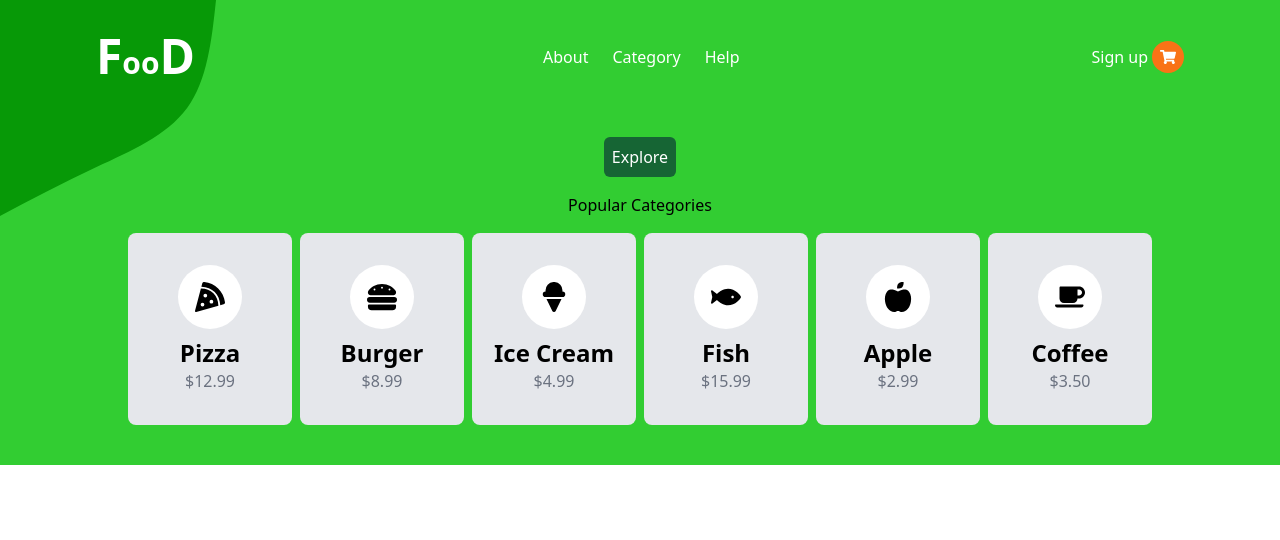
Repository: KhushiCode14/FoodWeb
Page: /category (app in frontend/)
These files come from the project's save history. The page is drawn as it stood at one moment and after the next save; the edit follows.
The browser window is 1280 px wide. The pictures show the whole page.
The project was rebuilt for these pictures with package versions that can differ from the ones it lists, and the page was loaded fresh each time. Also part of the build but not shown: frontend/src/Pages/Home.tsx, frontend/src/components/Home/SignUp.tsx, frontend/src/components/Home/SignIn.tsx, frontend/src/components/Home/Cart.tsx.

Above is the page before, as saved 2024-09-24 12:22:23.

### frontend/src/index.css
@tailwind base;
@tailwind components;
@tailwind utilities;

.bgBack{
  background-image: url(../src/components/images/background.svg);
}
.bgSignUp{
  background-image:url(../src/components/images/signUpBg.jpeg);
}
.SignUpShadow{
  box-shadow: rgba(0, 0, 0, 0.24) 0px 3px 8px;
}

### frontend/src/App.tsx
import { Route, BrowserRouter as Router, Routes, } from 'react-router-dom';
import './App.css';
import Navbar from './Pages/Navbar';
import Home from './Pages/Home';
import SignUp from './components/Home/SignUp';
import SignIn from './components/Home/SignIn';
import Cart from './components/Home/Cart';
import Category from './components/categories/Category';

function App() {
  return (
    <div className="App bgBack m-0 px-20 pt-2 max-sm:px-3 max-sm:pt-1">
      <Router>
        <Navbar />
        <Routes>
          <Route path="/" element={<Home />} />
          <Route path="/signUp" element={<SignUp />} />
          {/* Sign Up: This action is for new users who want to create an account. */}
          <Route path="/signIn" element={<SignIn />} />
          {/* Sign In: This action is for users who already have an account */}
          <Route path="/cart" element={<Cart />} />
         <Route  path="/category" element={<Category/>} />
          {/*<Route  path="/contact" element={Contact} /> */}
        </Routes>

      </Router>

    </div>
  );
}

export default App;

### frontend/src/Pages/Navbar.tsx
import { NavLink, Link } from "react-router-dom";
import { FaShoppingCart, FaCartPlus } from "react-icons/fa";
import { useState } from "react";
import { IoReorderThreeOutline } from "react-icons/io5";

interface Nav {
  to: string;
  linkName: string;
}

const Navbar: React.FC = () => {
  const [sign, setSign] = useState<string>('Sign up');
  const [menu, setMenu] = useState<boolean>(false);
  const [cart, setCart] = useState<JSX.Element>(<FaShoppingCart />);

  const navLinks: Nav[] = [
    { to: "/about", linkName: "About" },
    { to: "/category", linkName: "Category" },
    { to: "/help", linkName: "Help" },
  ];

  const handleSignToggle = () => {
    setSign((prev) => (prev === 'Sign up' ? 'Sign in' : 'Sign up'));
  };

  const handleCartToggle = () => {
    setCart((prevCart) =>
      prevCart.type === FaShoppingCart ? <FaCartPlus /> : <FaShoppingCart />
    );
  };

  return (
    <div className="mt-2 flex justify-between items-center text-white  p-4">
      <div className="font-bold text-3xl">
        <Link to="/">
          <span className="text-5xl">F</span>oo<span className="text-5xl">D</span>
        </Link>
      </div>

      {/* Desktop Menu */}
      <div className="hidden md:flex">
        {navLinks.map((link, index) => (
          <Link key={index} to={link.to} className="mx-3 hover:text-gray-400">
            {link.linkName}
          </Link>
        ))}
      </div>

      {/* Mobile Menu Button */}
      <div className="flex items-center relative">
        <button className="hidden md:block">
          <NavLink to="/signUp" onClick={handleSignToggle} className="m-1">
            {sign}
          </NavLink>
        </button>

        <div onClick={handleCartToggle} className="bg-orange-500 p-2 rounded-full cursor-pointer">
         <Link to="/cart"> {cart}</Link>
        </div>

        <div className="md:hidden flex items-center ml-3">
          <IoReorderThreeOutline onClick={() => setMenu(!menu)} className="text-2xl cursor-pointer" />
        </div>
      </div>

      {/* Mobile Dropdown Menu */}
      {menu && (
        <div className="md:hidden mt-2 absolute right-0 w-40 bg-orange-500  p-2 rounded-lg z-10 top-20">
          <ul className="flex flex-col">
            {navLinks.map((link, index) => (
              <li key={index} className="my-1">
                <Link to={link.to} className="block px-4 py-2 text-white text-1xl  hover:bg-orange-800 rounded">
                  {link.linkName}
                </Link>
              </li>
            ))}
          </ul>
        </div>
      )}
    </div>
  );
};

export default Navbar;

### frontend/src/components/categories/Category.tsx
import React from 'react'
import Card from './Card'

const Category = () => {
  return (
    <div className='flex flex-col p-10  gap-4 items-center justify-center'>
      <div className='flex-1 bg-green-800 text-white p-2 rounded-md'><button>Explore</button></div>
      <div className='flex-1' ><h1>Popular Categories</h1></div>
      {/* cards */}
      <div className='flex-1'>
       <Card/>
      </div>
    </div>
  )
}

export default Category

### frontend/src/components/categories/Card.tsx
import React from 'react'
import { FaPizzaSlice, FaHamburger, FaIceCream,  FaCoffee, FaAppleAlt, FaFish } from 'react-icons/fa';
interface FoodItem {
  id: number;
  name: string;
  price: number;
  icon: JSX.Element;
}
const foodItems: FoodItem[] = [
  {
    id: 1,
    name: 'Pizza',
    price: 12.99,
    icon: <FaPizzaSlice />,
  },
  {
    id: 2,
    name: 'Burger',
    price: 8.99,
    icon: <FaHamburger />,
  },
  {
    id: 3,
    name: 'Ice Cream',
    price: 4.99,
    icon: <FaIceCream />,
  }
  ,
  {
    id: 4,
    name: 'Fish',
    price: 15.99,
    icon: <FaFish />,
  },
  {
    id: 5,
    name: 'Apple',
    price: 2.99,
    icon: <FaAppleAlt />,
  },
  {
    id: 6,
    name: 'Coffee',
    price: 3.50,
    icon: <FaCoffee />,
  },
  // {
  //   id: 7,
  //   name: 'Hot Dog',
  //   price: 5.49,
  //   icon: <FaHotdog />,
  // },
  // {
  //   id: 8,
  //   name: 'Chicken Drumstick',
  //   price: 9.99,
  //   icon: <FaDrumstickBite />,
  // },
];

const Card: React.FC = () => {

  return (
    <div className=" flex gap-2 ">
      {foodItems.map((item) => (
      <div
      key={item.id}
      className="bg-gray-200 p-3 flex flex-col items-center justify-center w-[164px] h-48 rounded-lg"
    >
      <div className="icon rounded-full bg-white p-2 flex items-center justify-center w-16 h-16 text-3xl">
        {item.icon}
      </div>
      <h3 className="mt-2 text-center font-bold text-2xl">{item.name}</h3>
      <p className="text-center text-gray-500">${item.price.toFixed(2)}</p>
    </div>

      ))}
    </div>
  )
}

export default Card

### frontend/tailwind.config.js
/** @type {import('tailwindcss').Config} */
module.exports = {
  content: [
    "./src/**/*.{js,jsx,ts,tsx}",
  ],
  theme: {
    extend: {
      fontFamily: {
        'cursive': ['Pacifico', 'cursive']
      }
    },
  },
  plugins: [],
}

Loaded but not shown: frontend/public/index.html (common file); frontend/src/index.tsx (common file); frontend/src/reportWebVitals.ts (common file); frontend/src/App.css (no stored copy; drawn as an empty file)

After the next save:
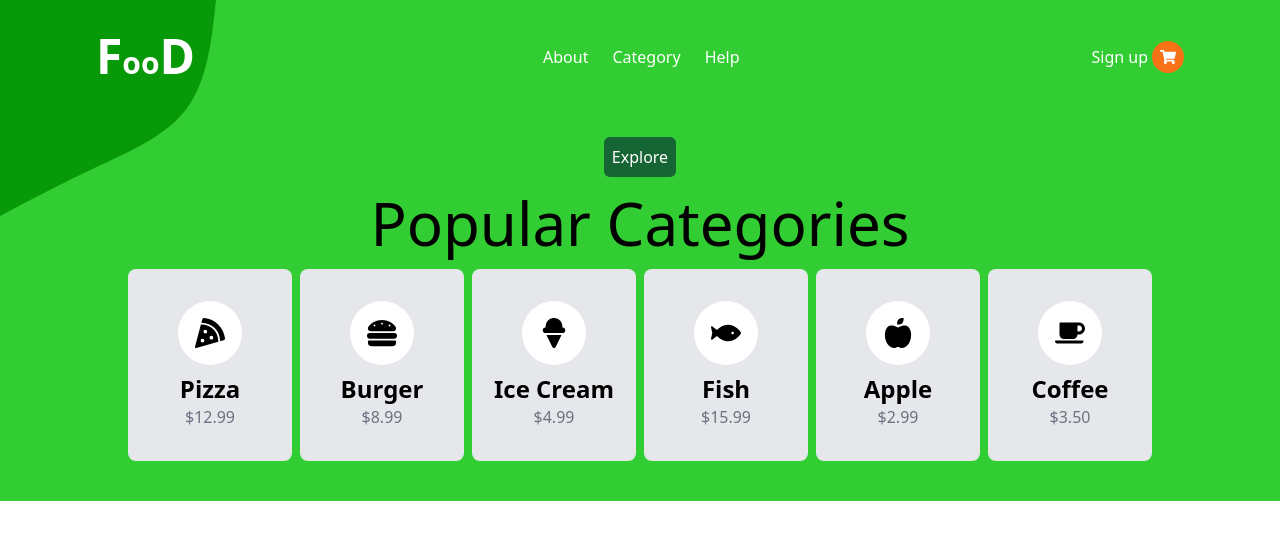
Saved 11 s later.
--- a/frontend/src/components/categories/Category.tsx
+++ b/frontend/src/components/categories/Category.tsx
@@ -5,7 +5,7 @@ const Category = () => {
   return (
     <div className='flex flex-col p-10  gap-4 items-center justify-center'>
       <div className='flex-1 bg-green-800 text-white p-2 rounded-md'><button>Explore</button></div>
-      <div className='flex-1' ><h1>Popular Categories</h1></div>
+      <div className='flex-1 text-6xl' ><h1>Popular Categories</h1></div>
       {/* cards */}
       <div className='flex-1'>
        <Card/>
